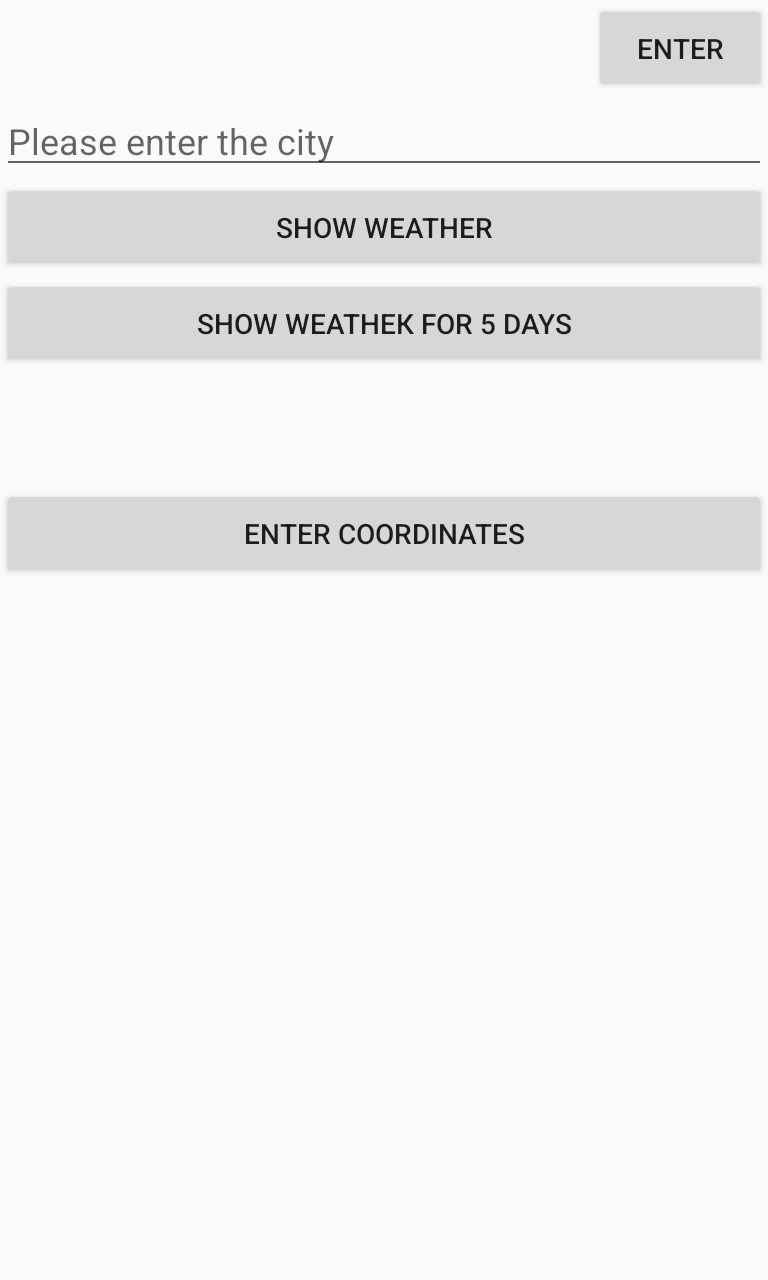
Repository: alexWr/weather-app
Layout: OpenWeatherT/res/layout/main.xml
These files come from the project's save history. The layout is drawn as it stood at one moment and after the next save; the edit follows.
It is drawn on a 768 x 1280 px phone screen (xhdpi) without system bars, with theme AppTheme; the app's code is not run.

Above is the layout before, as saved 2014-10-16 12:47:53.

### OpenWeatherT/res/layout/main.xml
<?xml version="1.0" encoding="utf-8"?>
<LinearLayout xmlns:android="http://schemas.android.com/apk/res/android"
    android:layout_width="fill_parent"
    android:layout_height="fill_parent"
    android:orientation="vertical"     >
    <Button
		android:layout_width="wrap_content"
		android:layout_height="wrap_content"
		android:layout_gravity="right"
		android:text="Enter"
		android:id="@+id/btnEnter"/>
    <EditText
		android:layout_width="match_parent"
	    android:layout_height="wrap_content"
	    android:layout_gravity="center"
	    android:hint="Please enter the city"
		android:id="@+id/etCity"
		/>
    <Button
		android:layout_width="match_parent"
		android:layout_height="wrap_content"
		android:layout_gravity="center"
		android:text="Show weather"
		android:id="@+id/btnSend"/>
    <Button
		android:layout_width="match_parent"
		android:layout_height="wrap_content"
		android:layout_gravity="center"
		android:text="Show weatheк for 5 days"
		android:id="@+id/btnSend2"/>
	<TextView
        android:layout_width="wrap_content"
        android:layout_height="wrap_content"
        android:layout_gravity="center"
        android:id="@+id/tvTemp"/>
	<TextView
        android:layout_width="wrap_content"
        android:layout_height="wrap_content"
        android:layout_gravity="center"
        android:id="@+id/tvWeather"/>
	<TableLayout
		android:layout_height="wrap_content"
		android:layout_width="match_parent"
		android:id="@+id/tableLayout1">
		<TableRow
		    android:id="@+id/tableRow2"
			android:layout_width="wrap_content"
			android:layout_height="wrap_content">
			<TextView
        		android:layout_width="wrap_content"
        		android:layout_height="wrap_content"
        		android:layout_marginLeft="55dp"
        		android:id="@+id/tvDay1"
        		android:layout_weight="1" />
			<TextView
        		android:layout_width="wrap_content"
        		android:layout_height="wrap_content"
        		android:id="@+id/tvDay2"
        		android:layout_weight="1"/>
			<TextView
        		android:layout_width="wrap_content"
        		android:layout_height="wrap_content"
        		android:id="@+id/tvDay3"
        		android:layout_weight="1"/>
			<TextView
        		android:layout_width="wrap_content"
        		android:layout_height="wrap_content"
        		android:id="@+id/tvDay4"
        		android:layout_weight="1"/>
		</TableRow>
	</TableLayout>
	<Button
		android:layout_width="match_parent"
		android:layout_height="wrap_content"
		android:layout_gravity="center"
		android:text="Enter coordinates"
		android:id="@+id/btnGeo"/>
</LinearLayout>

Loaded but not shown: OpenWeatherT/res/values/styles.xml (common file); OpenWeatherT/res/values-v11/styles.xml (common file); OpenWeatherT/res/values-v14/styles.xml (common file)

After the next save:
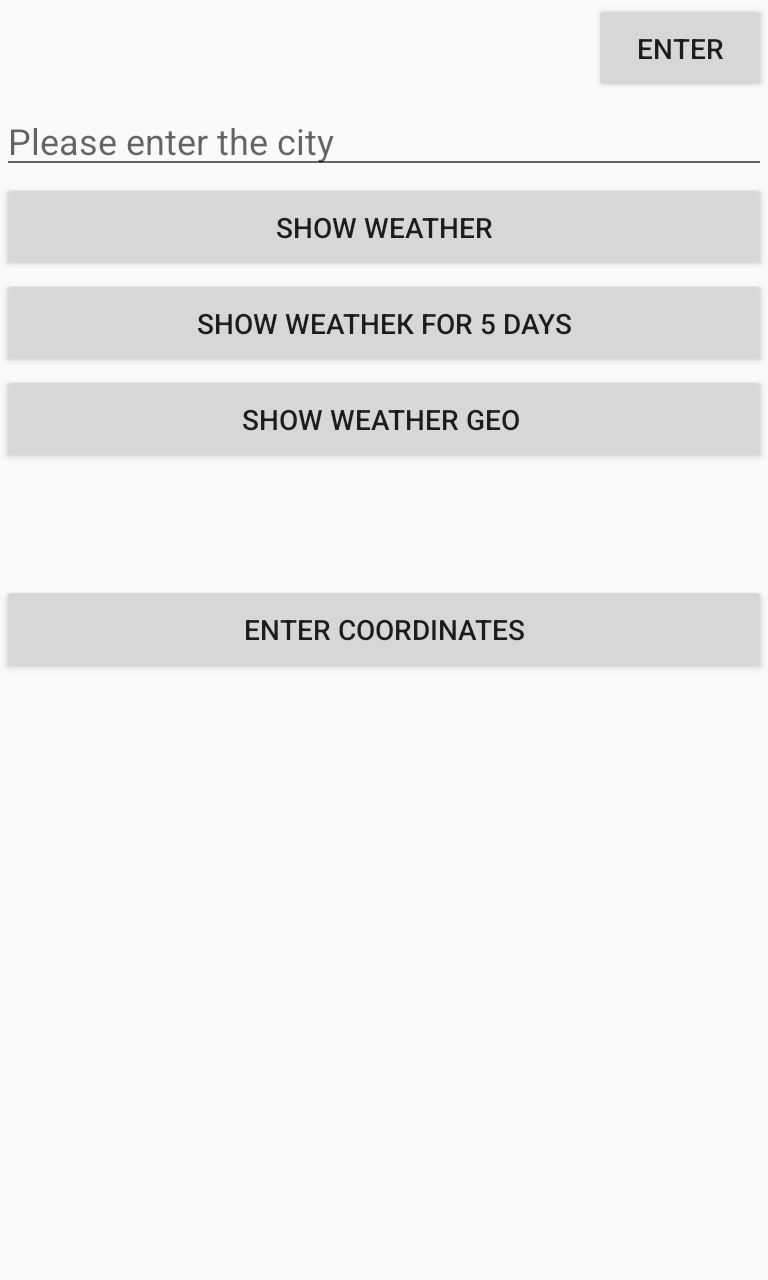
Saved 9 min 4 s later.
--- a/OpenWeatherT/res/layout/main.xml
+++ b/OpenWeatherT/res/layout/main.xml
@@ -28,6 +28,12 @@
 		android:layout_gravity="center"
 		android:text="Show weatheк for 5 days"
 		android:id="@+id/btnSend2"/>
+    <Button
+		android:layout_width="match_parent"
+		android:layout_height="wrap_content"
+		android:layout_gravity="center"
+		android:text="Show weather GEO "
+		android:id="@+id/btnGeo"/>
 	<TextView
         android:layout_width="wrap_content"
         android:layout_height="wrap_content"
